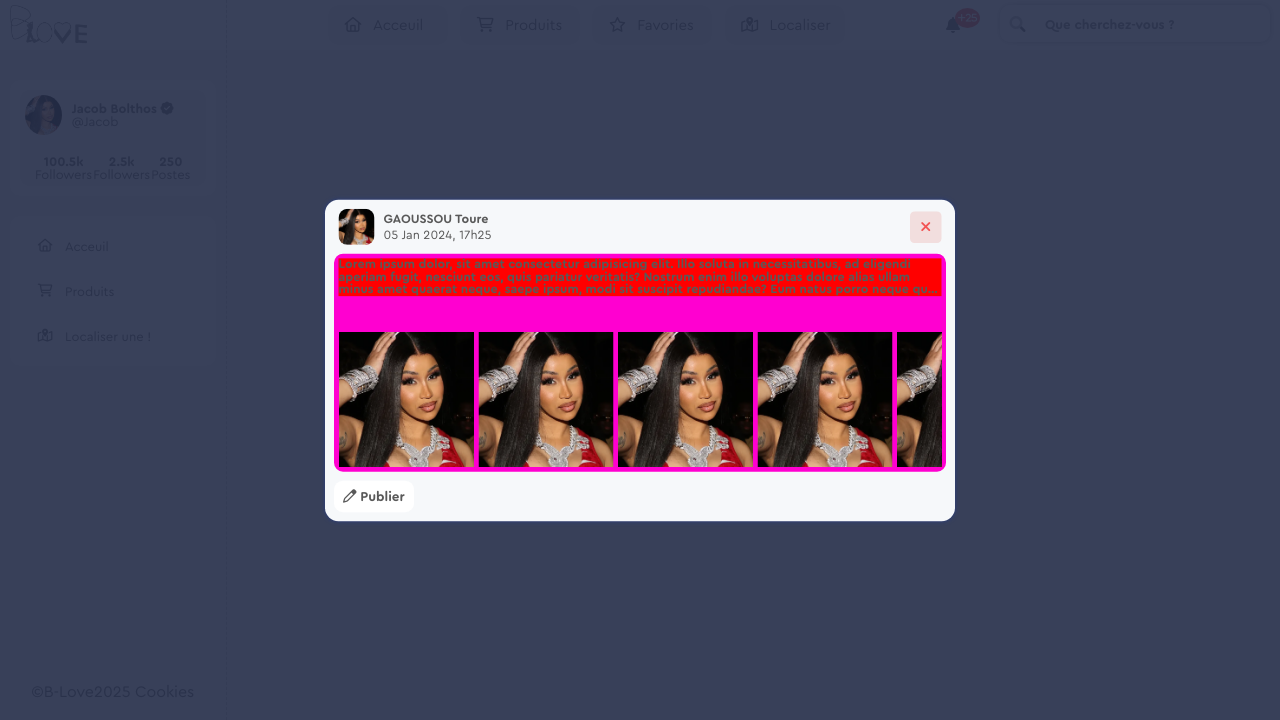
Repository: moomoony-log/b-love
Page: /home
The author's editor kept a copy of each file at every save. The page is drawn from the files as they stood at one save, then again after the next save.
The browser window is 1280 px wide. The pictures show the whole page.
Pictures or frames that could not be fetched are drawn as grey boxes. The project was rebuilt for these pictures with package versions that can differ from the ones it lists, and the page was loaded fresh each time. Also part of the build but not shown: vite.config.ts, src/rules/legacy.tsx, src/rules/privacy.tsx, src/components/basic/notification.tsx, src/view/auth.tsx, src/view/main/acceuil.tsx, src/view/main/dashbord.tsx, src/view/main/info-account.tsx and 3 more.

Above is the page before, as saved 2025-10-15 15:02:14.

After the next save:
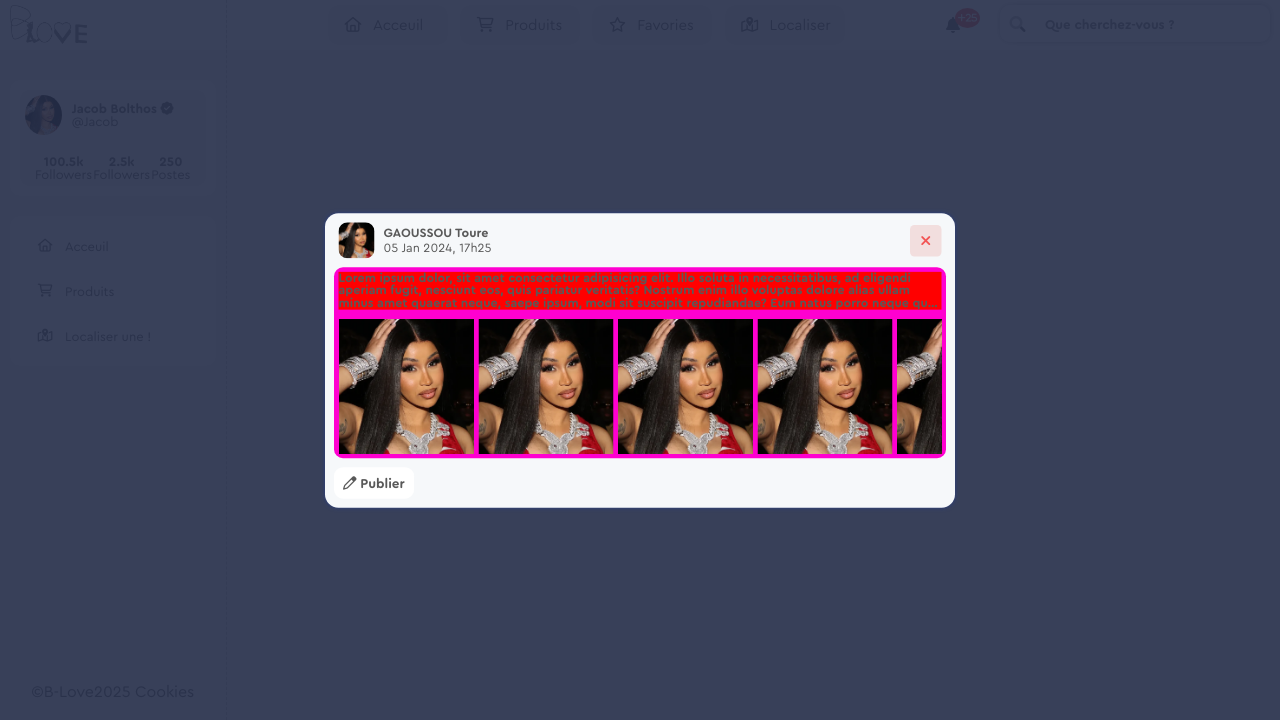
Saved 6 s later.
--- a/public/css/component/modals/pubItem.css
+++ b/public/css/component/modals/pubItem.css
@@ -18,7 +18,7 @@
 .modal[data-name="pub-item"] .body{
     display: flex;
     flex-direction: column;
-    gap: 40px;
+    gap: 10px;
     background-color: rgb(255, 0, 208);
 }
 .modal[data-name="pub-item"] .body .about-pub{
